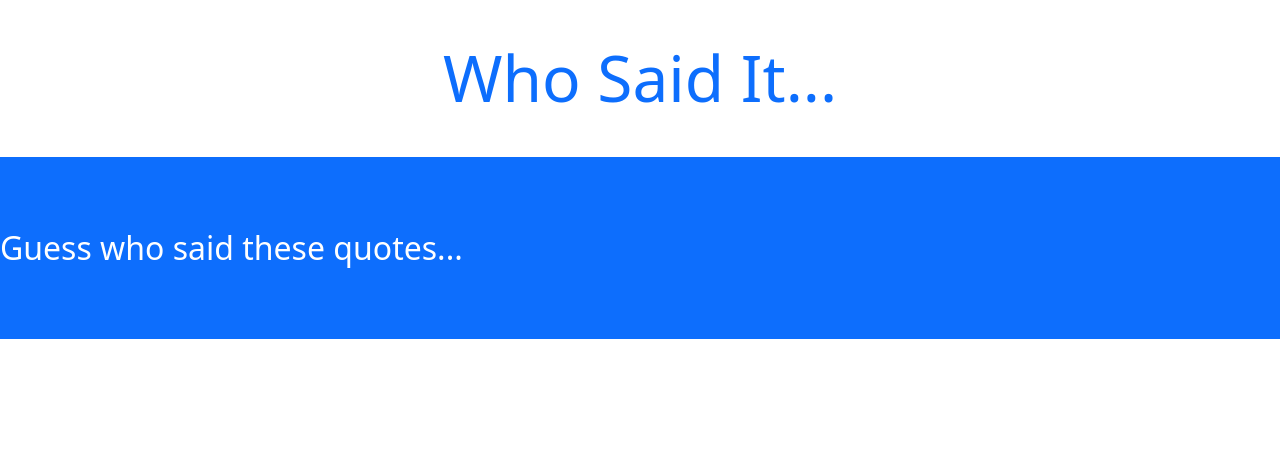
Repository: julihocc/Presentation-02-Forms-with-vanilla-JS
Page: index.html
An editor plug-in stored every save of this project. The page is shown before and after a run of saves, followed by the edit.
The browser window is 1280 px wide. The pictures show the whole page.

Above is the page before, as saved 2022-09-27 13:39:28.

After the next 4 saves:
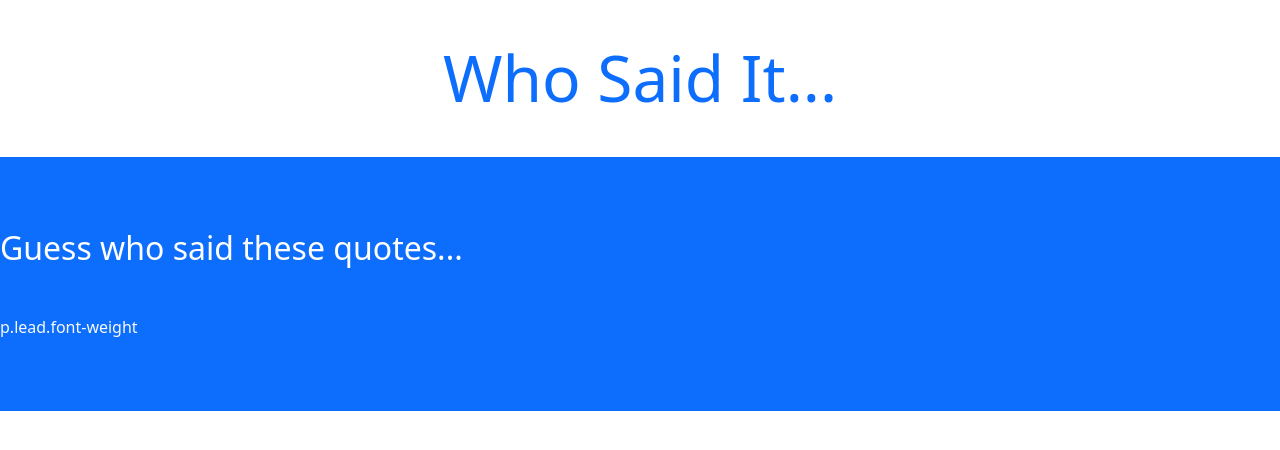
The 4 saves are shown as one change because they came seconds apart.
The last was saved 16 s later.
--- a/index.html
+++ b/index.html
@@ -37,7 +37,7 @@
             <form class="quiz-form text-light">
                 <!-- step 1.6: create containers for each question -->
                 <div class="my-5">
-
+                    p.lead.font-weight
                 </div>
             </form>
         </div>

After the 2 saves that followed:
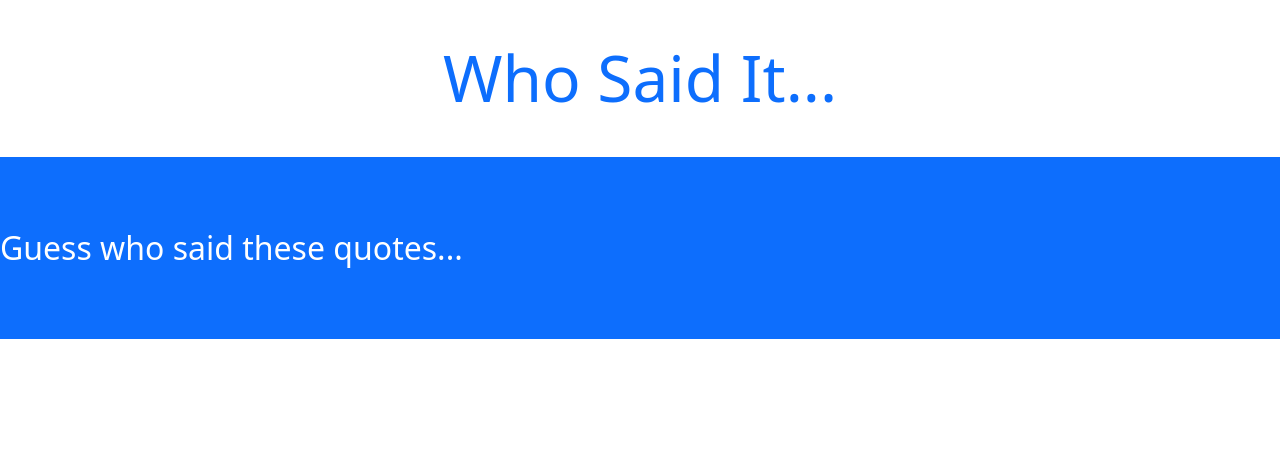
The 2 saves are shown as one change because they came seconds apart.
The last was saved 8 s later.
--- a/index.html
+++ b/index.html
@@ -37,7 +37,9 @@
             <form class="quiz-form text-light">
                 <!-- step 1.6: create containers for each question -->
                 <div class="my-5">
-                    p.lead.font-weight
+                    <p class="lead font-weight-normal">
+
+                    </p>
                 </div>
             </form>
         </div>
